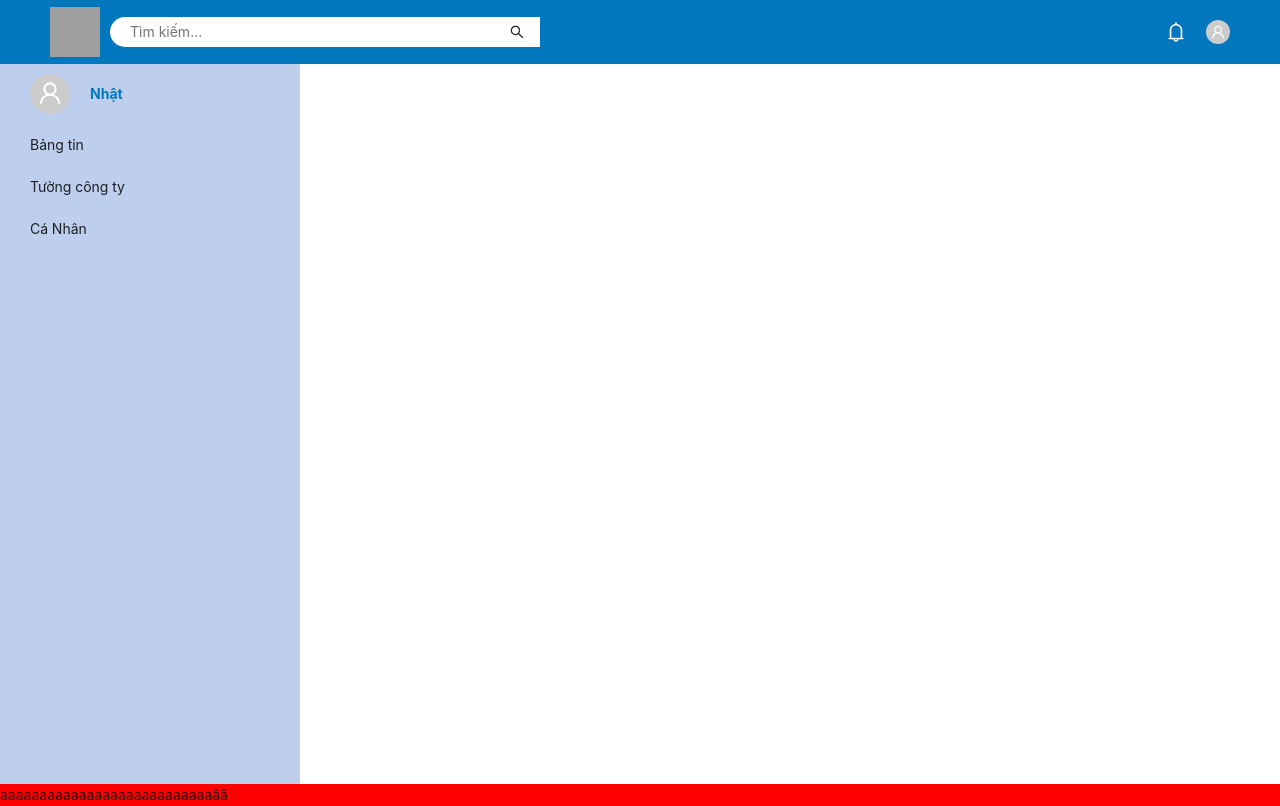
Repository: baonhat27/SocialNetwork_FE
Page: /home
The author's editor kept a copy of each file at every save. The page is drawn from the files as they stood at one save, then again after the next save.
The browser window is 1280 px wide. The pictures show the whole page.
Pictures or frames that could not be fetched are drawn as grey boxes. The project was rebuilt for these pictures with package versions that can differ from the ones it lists, and the page was loaded fresh each time. Also part of the build but not shown: src/containers/home/component/HomeComponent.module.css, src/containers/loginPage/component/LoginPageComponent.module.css, src/components/Input/Input.module.css, src/components/Input/Input.js, src/components/Button/Button.module.css, src/components/Button/Button.js, src/containers/loginPage/component/LoginPageComponent.js, src/containers/loginPage/LoginPageContainer.js.

Above is the page before, as saved 2022-03-09 22:10:37.

After the next save:
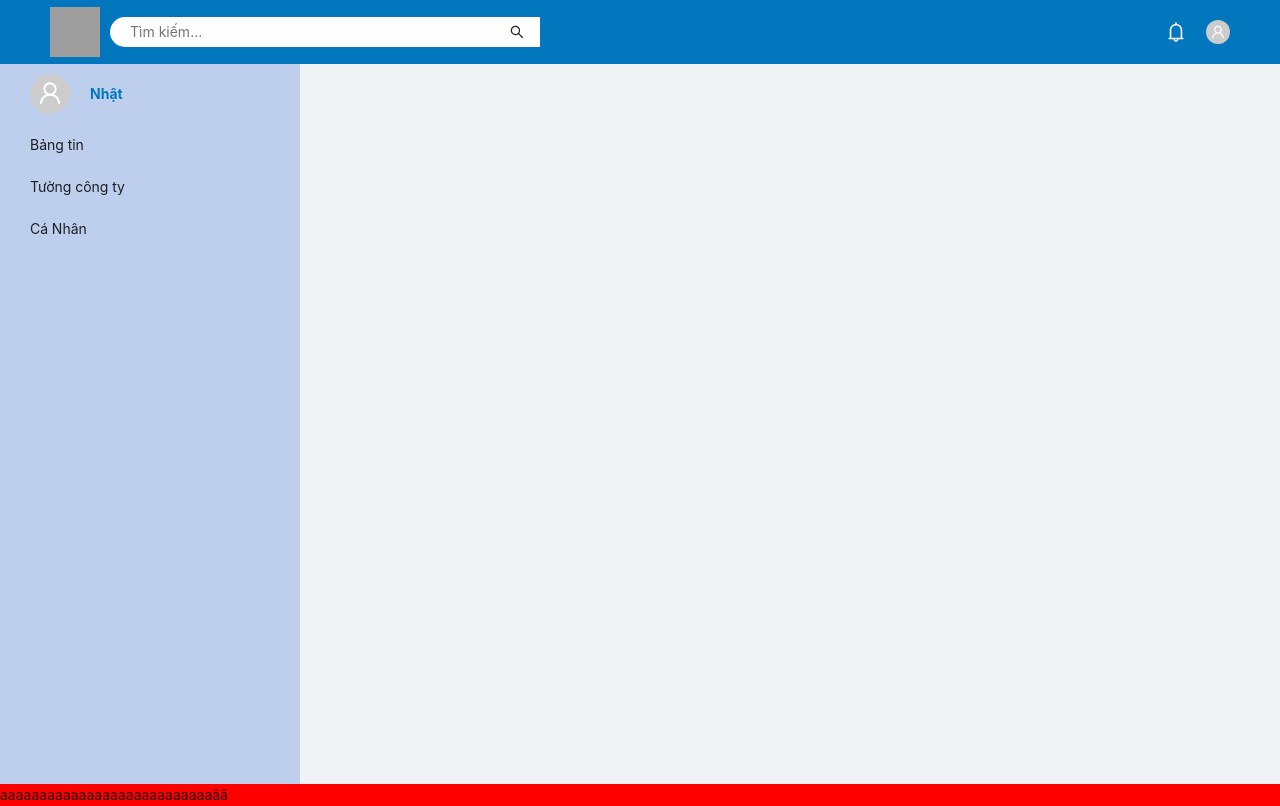
Saved 2 min 58 s later.
--- a/src/containers/home/component/HomeComponent.js
+++ b/src/containers/home/component/HomeComponent.js
@@ -8,10 +8,10 @@
 
 const HomeComponent = (props) => {
     return (
-        <>
+        <Layout>
             <SiderContainer/>
             <ContentContainer/>
-        </>
+        </Layout>
 
     );
 };

After the 3 saves that followed:
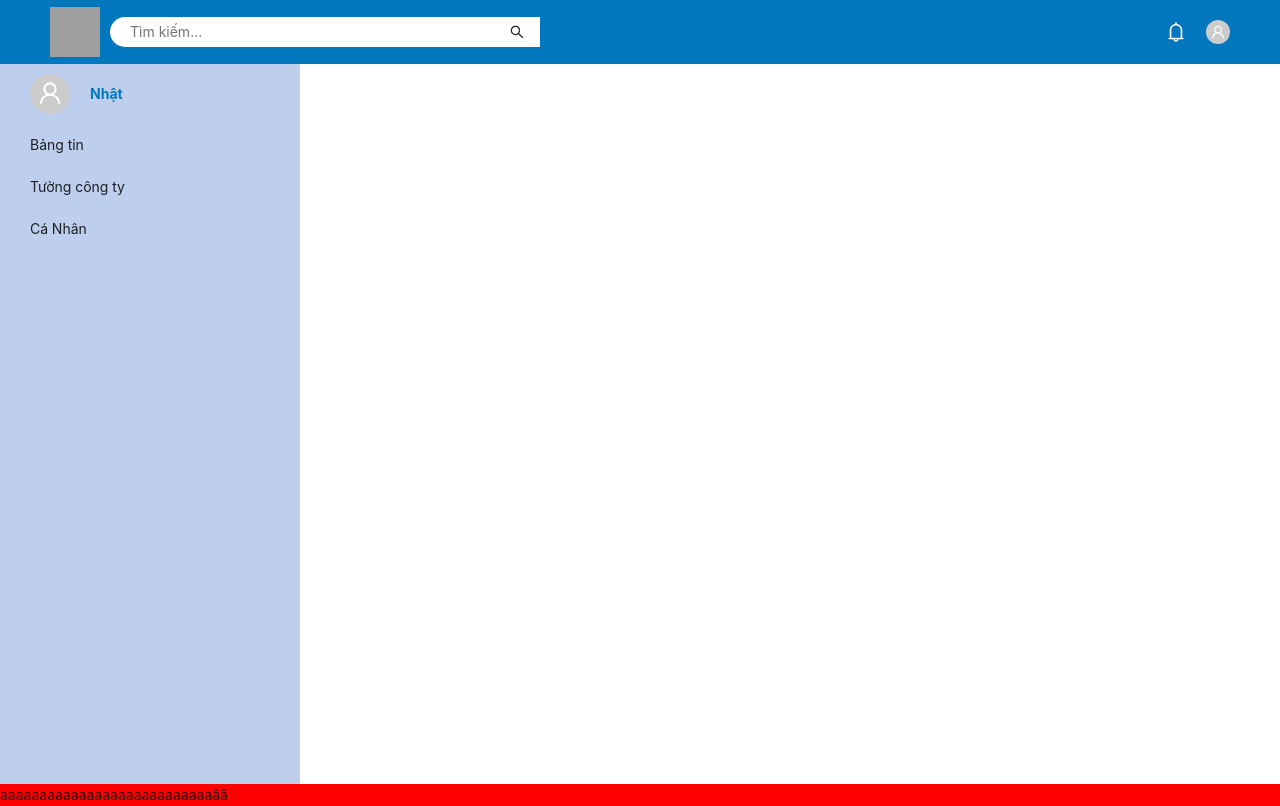
The 3 saves are shown as one change because 1 left the picture as it was and some came seconds apart.
The last was saved 47 s later.
--- a/src/containers/home/component/HomeComponent.js
+++ b/src/containers/home/component/HomeComponent.js
@@ -8,10 +8,10 @@
 
 const HomeComponent = (props) => {
     return (
-        <Layout>
+        <>
             <SiderContainer/>
             <ContentContainer/>
-        </Layout>
+        </>
 
     );
 };
